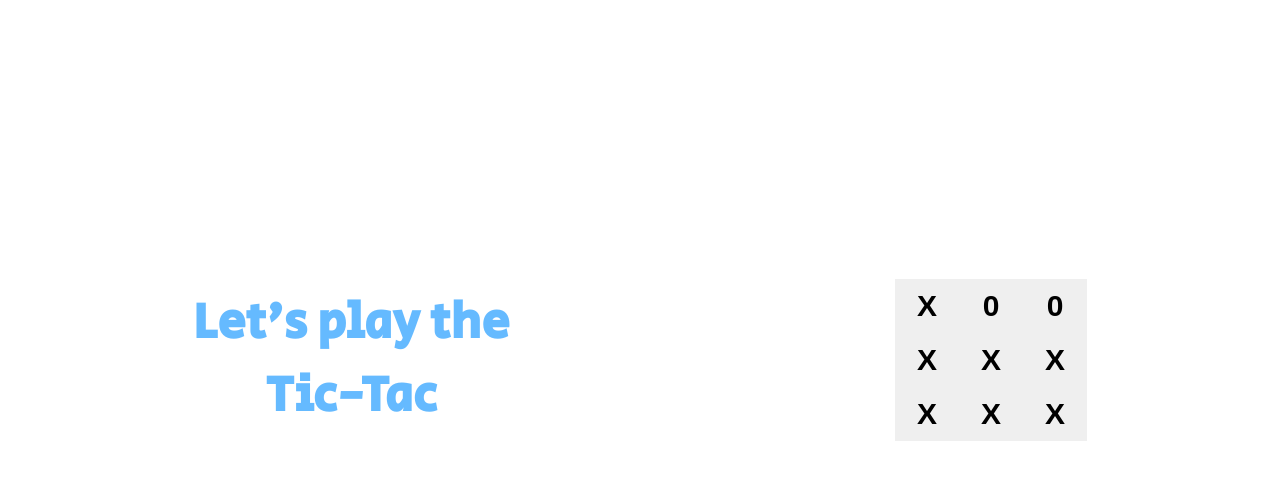
Repository: evergreenx/tic-tac
Page: /
An editor plug-in stored every save of this project. The page is shown before and after the next save, followed by the edit.
The browser window is 1280 px wide. The pictures show the whole page.
The project was rebuilt for these pictures with package versions that can differ from the ones it lists, and the page was loaded fresh each time.

Above is the page before, as saved 2022-04-20 19:48:23.

After the next save:
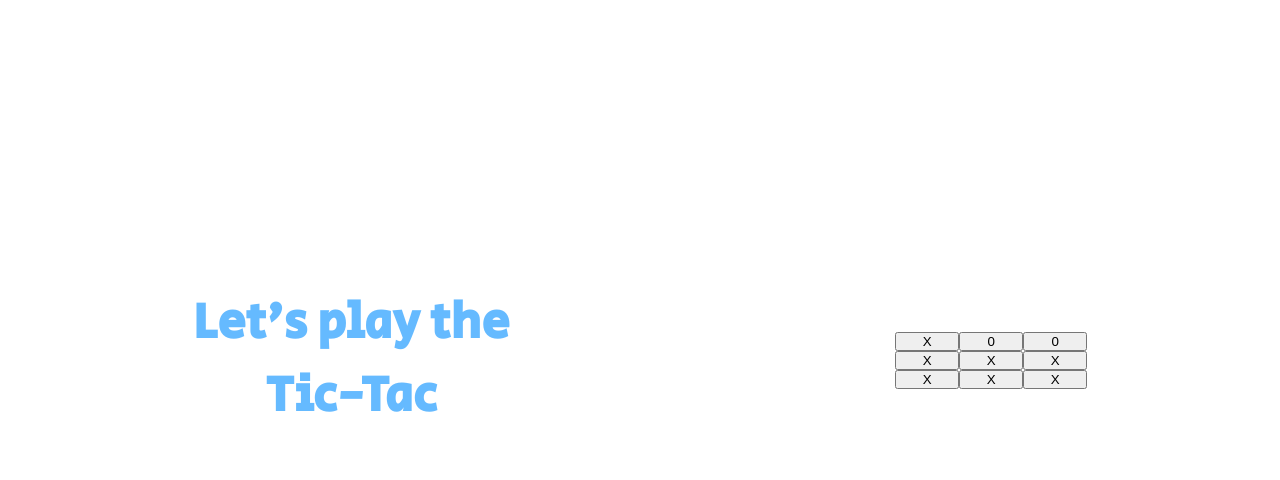
Saved 37 s later.
--- a/src/components/Board/Board.scss
+++ b/src/components/Board/Board.scss
@@ -1,6 +1,7 @@
 .board {
   display: grid;
   grid-template-columns: repeat(3 , 4rem);
+  gap:20px
 
   button {
     font-size: 30px;
